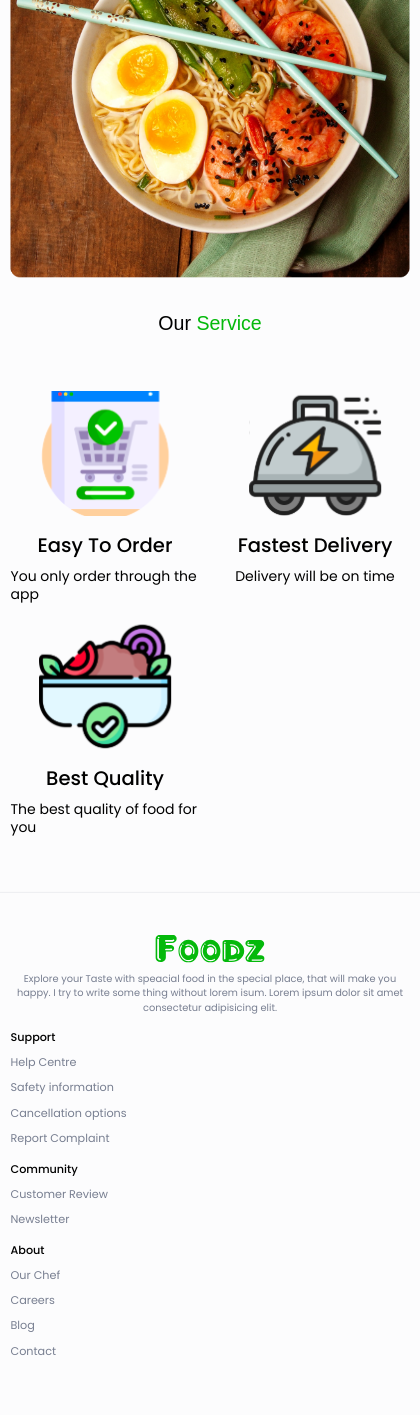
Repository: Toan3333/fooz
Page: assets/pages/about.html
The author's editor kept a copy of each file at every save. The page is drawn from the files as they stood at one save, then again after the next save.
The browser window is 600 px wide. The pictures show the part of the page from y = 553 to 2793 px (the page is 2575 px tall before and 2793 px after), at 70% of full size.
Some web fonts or font styles are not loaded; a fallback is used.

Above is the page before, as saved 2023-06-11 11:33:09.

After the next save:
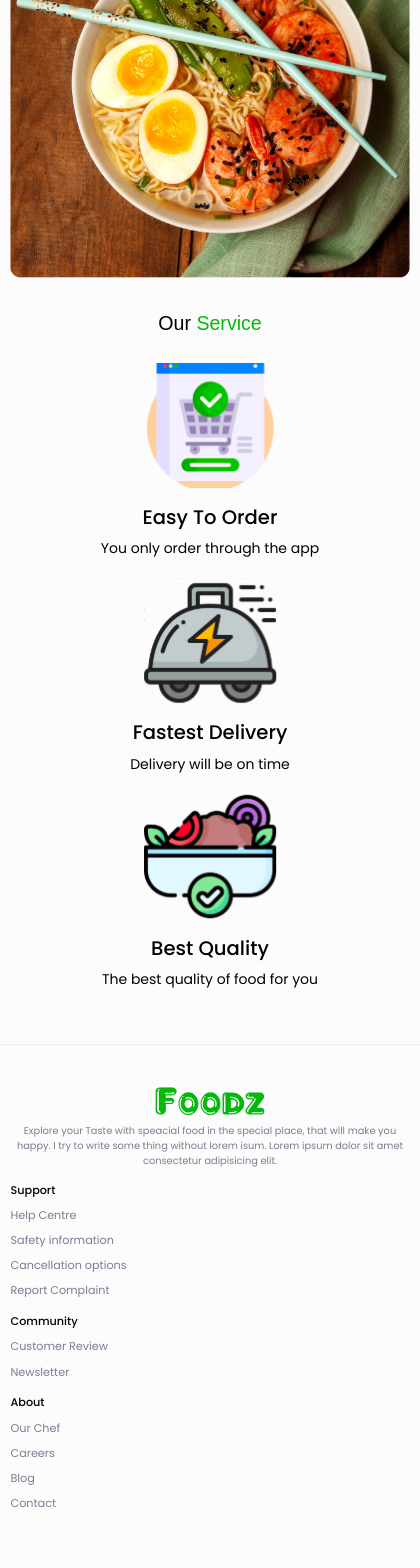
Saved 27 s later.
--- a/assets/css/responsive.css
+++ b/assets/css/responsive.css
@@ -377,4 +377,8 @@
     line-height: 32px;
     margin-bottom: 12px;
   }
+  .service__list {
+    margin-top: 40px;
+    grid-template-columns: repeat(1, 1fr);
+  }
 }
